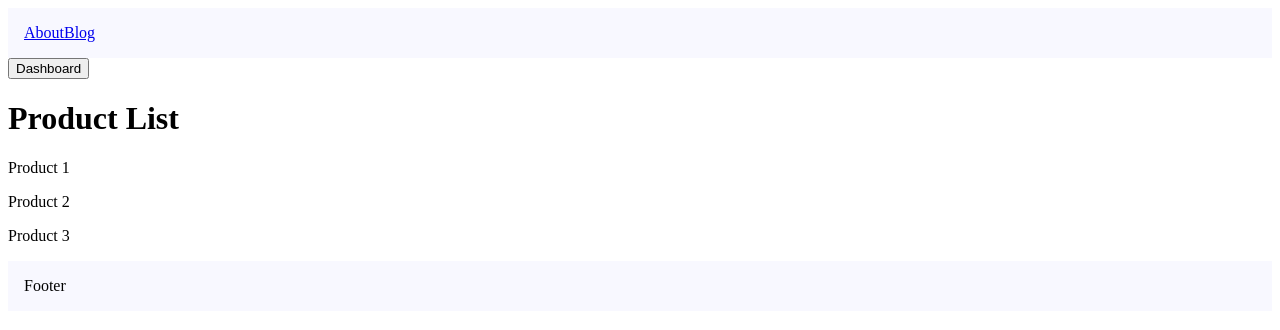
Repository: Mbote-Joseph/Nextjs-Learning
Page: /products
An editor plug-in stored every save of this project. The page is shown before and after the next save, followed by the edit.
The browser window is 1280 px wide. The pictures show the whole page.
The project was rebuilt for these pictures with package versions that can differ from the ones it lists, and the page was loaded fresh each time. The framework's server and built-in components were replaced by stand-ins that run in the browser. Also part of the build but not shown: next.config.mjs.

Above is the page before, as saved 2024-09-17 17:44:39.

### src/app/layout.tsx
import { Metadata } from "next"
import Header from "./header"

export const metadata: Metadata = {
  title: {
    absolute: "",
    default: "Next.js Tutorial - CodeVolution",
    template: "%s | Learning Next",
  },
  description: 'Generated by Next.js',
}

export default function RootLayout({
  children,
}: {
  children: React.ReactNode
}) {
  return (
    <html lang="en">
      <body>

        <Header />

        {children}

        <footer style={{
          backgroundColor: "ghostwhite",
          padding: "1rem",
        }}>
          Footer
        </footer>
        </body>
    </html>
  )
}

### src/app/products/page.tsx
'use client'
import { useRouter } from "next/navigation"

export default function ProductList(){
    const router = useRouter();

    return (
        <>
        <button type='button' onClick={()=>router.push('/dashboard')}>Dashboard</button>
        <h1>Product List</h1>
        <p>Product 1</p>
        <p>Product 2</p>
        <p>Product 3</p>
        </>
    )
}

### src/app/header.tsx
import Link from 'next/link'
export default function Header() {
    return (
        <header className="header" style={{
            backgroundColor: "ghostwhite",
            padding: "1rem",
        }}>
            <Link href="/about">About</Link>
            <Link href="/blog">Blog</Link>

        </header>
    )
}

After the next save:
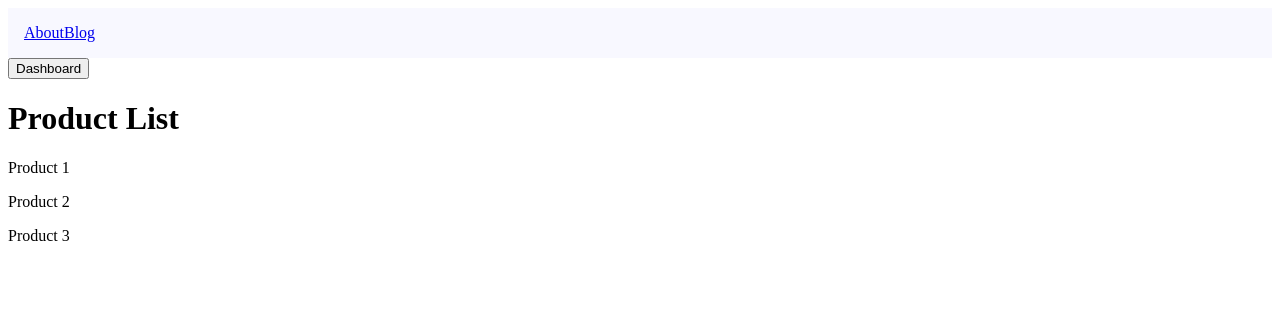
Saved 11 s later.
--- a/src/app/layout.tsx
+++ b/src/app/layout.tsx
@@ -23,12 +23,6 @@
 
         {children}
 
-        <footer style={{
-          backgroundColor: "ghostwhite",
-          padding: "1rem",
-        }}>
-          Footer
-        </footer>
         </body>
     </html>
   )

After the 4 saves that followed:
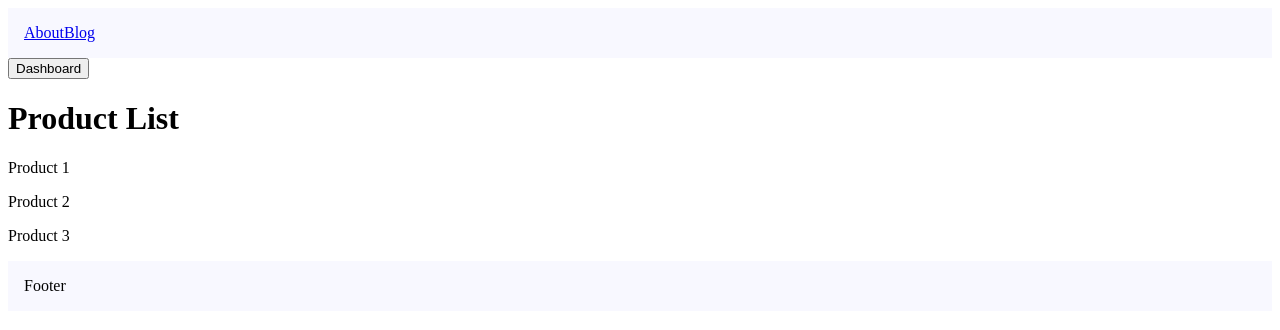
The 4 saves are shown as one change because 2 left the picture as it was and some came seconds apart.
The last was saved 75 s later.
--- a/src/app/layout.tsx
+++ b/src/app/layout.tsx
@@ -1,5 +1,6 @@
 import { Metadata } from "next"
 import Header from "./header"
+import Footer from "./footer"
 
 export const metadata: Metadata = {
   title: {
@@ -23,6 +24,8 @@
 
         {children}
 
+        <Footer/>
+
         </body>
     </html>
   )
--- /dev/null
+++ b/src/app/footer.tsx
@@ -0,0 +1,11 @@
+export default function Footer(){
+    return (
+        <footer style={{
+            backgroundColor: "ghostwhite",
+            padding: "1rem",
+          }}>
+            Footer
+          </footer>
+
+    )
+}
